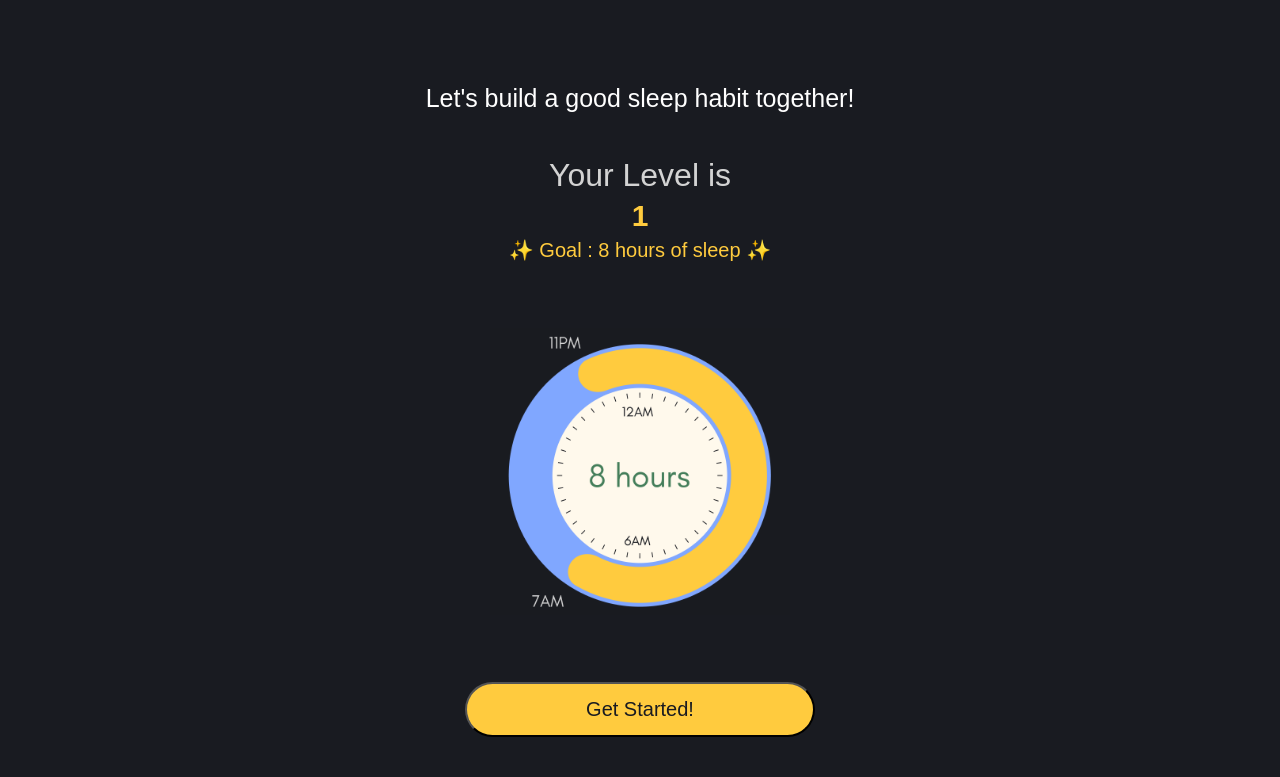
Repository: Crite-Spranberries/sleepixie_app
Page: /result
An editor plug-in stored every save of this project. The page is shown before and after the next save, followed by the edit.
The browser window is 1280 px wide. The pictures show the whole page.
Some web fonts or font styles are not loaded; a fallback is used. The project was rebuilt for these pictures with package versions that can differ from the ones it lists, and the page was loaded fresh each time. The framework's server and built-in components were replaced by stand-ins that run in the browser. Also part of the build but not shown: next.config.mjs.

Above is the page before, as saved 2025-05-12 14:50:25.

After the next save:
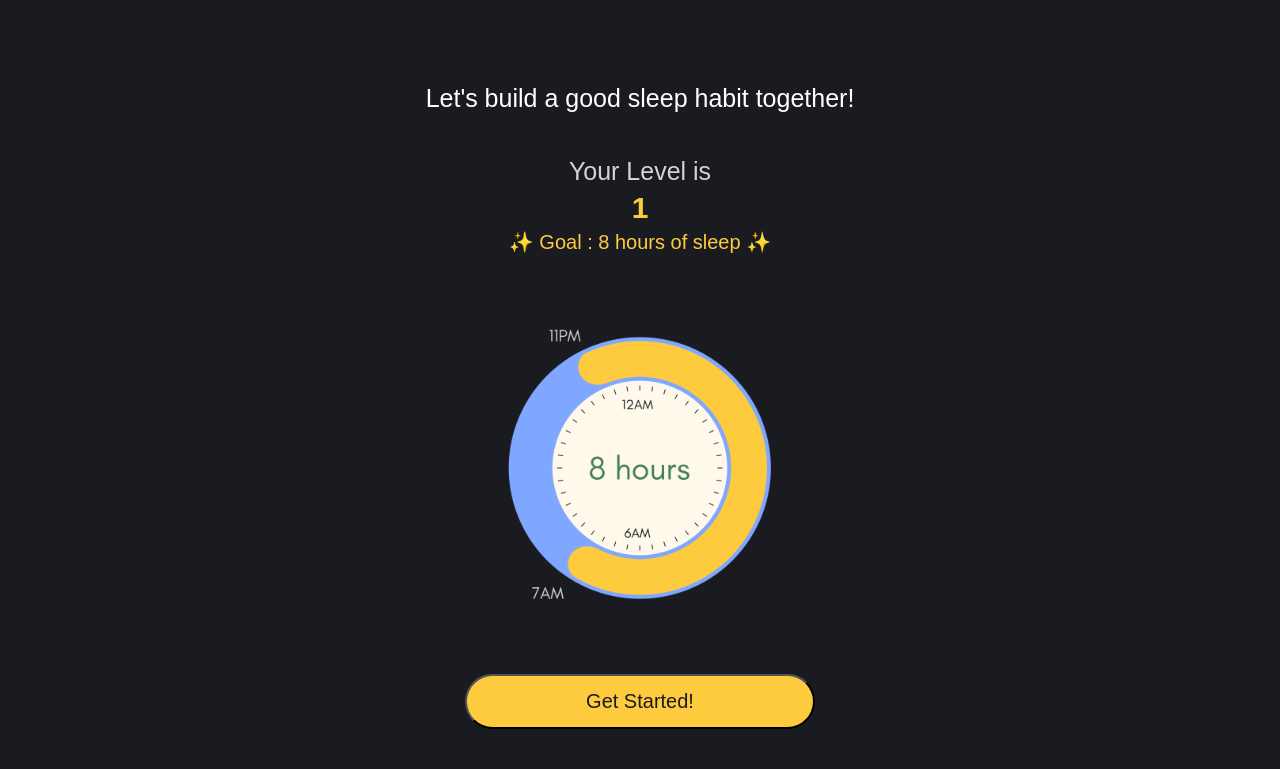
Saved 14 s later.
--- a/app/result/page.module.css
+++ b/app/result/page.module.css
@@ -44,7 +44,7 @@
 }
 
 .subtitle {
-    font-size: 32px;
+    font-size: 25px;
     color: #d3d3d3;
     line-height: 1.1;
 }
